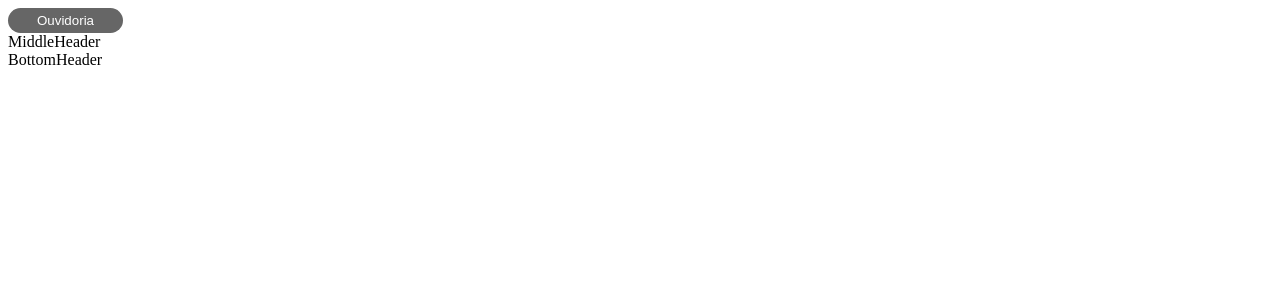
Repository: YuriSarmanho/prodepaSite
Page: / (app in prodepa-site/)
These files come from the project's save history. The page is drawn as it stood at one moment and after a run of saves; the edit follows.
The browser window is 1280 px wide. The pictures show the whole page.
The project was rebuilt for these pictures with package versions that can differ from the ones it lists, and the page was loaded fresh each time. Also part of the build but not shown: prodepa-site/src/App.css.

Above is the page before, as saved 2022-12-19 14:23:49.

### prodepa-site/public/index.html
<!DOCTYPE html>
<html lang="en">
  <head>
    <meta charset="utf-8" />
    <link rel="icon" href="%PUBLIC_URL%/favicon.ico" />
    <meta name="viewport" content="width=device-width, initial-scale=1" />
    <meta name="theme-color" content="#000000" />
    <meta
      name="description"
      content="Web site created using create-react-app"
    />
    <link rel="apple-touch-icon" href="%PUBLIC_URL%/logo192.png" />

    <link rel="manifest" href="%PUBLIC_URL%/manifest.json" />
    <title>React App</title>
  </head>
  <body>
    <div id="root"></div>
  </body>
</html>

### prodepa-site/src/App.js
import './App.css';
import Header from './sections/Header'

function App() {
  return (
    <>
      <Header/>
    </>
  );
}

export default App;

### prodepa-site/src/sections/Header/index.jsx
import React from 'react'
import TopHeader from './TopHeader'
import MiddleHeader from './MiddleHeader'
import BottomHeader from './BottomHeader'


function Header() {
  return (
    <>
        <TopHeader/>
        <MiddleHeader/>
        <BottomHeader/>
    </>
  )
}

export default Header

### prodepa-site/src/sections/Header/TopHeader/index.jsx
import React from 'react'
import TopHeaderButton from '../../../components/Buttons/TopHeaderButton'


function TopHeader() {
  return (
    <div className='TopHeaderContainer'>
      <div className="leftArea"><TopHeaderButton children = {'Ouvidoria'}/></div>
      <div className="middleArea"></div>
      <div className="rightArea"></div>

    </div>
  )
}

export default TopHeader

### prodepa-site/src/sections/Header/MiddleHeader/index.jsx
import React from 'react'

function MiddleHeader() {
  return (
    <div>MiddleHeader</div>
  )
}

export default MiddleHeader

### prodepa-site/src/sections/Header/BottomHeader/index.jsx
import React from 'react'

function BottomHeader() {
  return (
    <div>BottomHeader</div>
  )
}

export default BottomHeader

### prodepa-site/src/components/Buttons/TopHeaderButton/index.jsx
import React from 'react'
import './index.css'

function TopHeaderButton(props) {
  return (
    <button className='topHeaderButton'>{props.children}</button>
  )
}

export default TopHeaderButton

### prodepa-site/src/components/Buttons/TopHeaderButton/index.css
.topHeaderButton {
    padding: 5px 15px;
    color: #fff;
    background-color: #666 ;
    border: none;
    border-radius: 1rem;
    width: 115px;
}

Loaded but not shown: prodepa-site/src/index.js (common file)

After the next 4 saves:
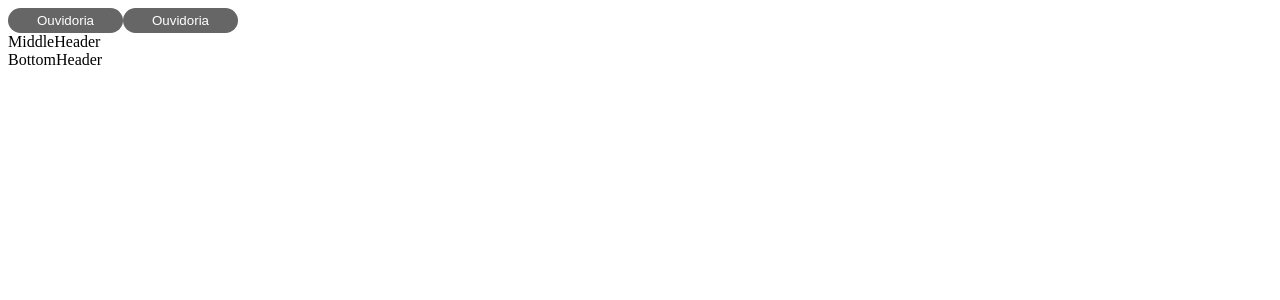
The 4 saves are shown as one change because they came seconds apart.
The last was saved 55 s later.
--- a/prodepa-site/src/sections/Header/TopHeader/index.jsx
+++ b/prodepa-site/src/sections/Header/TopHeader/index.jsx
@@ -5,7 +5,10 @@ import TopHeaderButton from '../../../components/Buttons/TopHeaderButton'
 function TopHeader() {
   return (
     <div className='TopHeaderContainer'>
-      <div className="leftArea"><TopHeaderButton children = {'Ouvidoria'}/></div>
+      <div className="leftArea">
+        <TopHeaderButton children = {'Ouvidoria'}/>
+        <TopHeaderButton children = {'Ouvidoria'}/>
+      </div>
       <div className="middleArea"></div>
       <div className="rightArea"></div>
 
